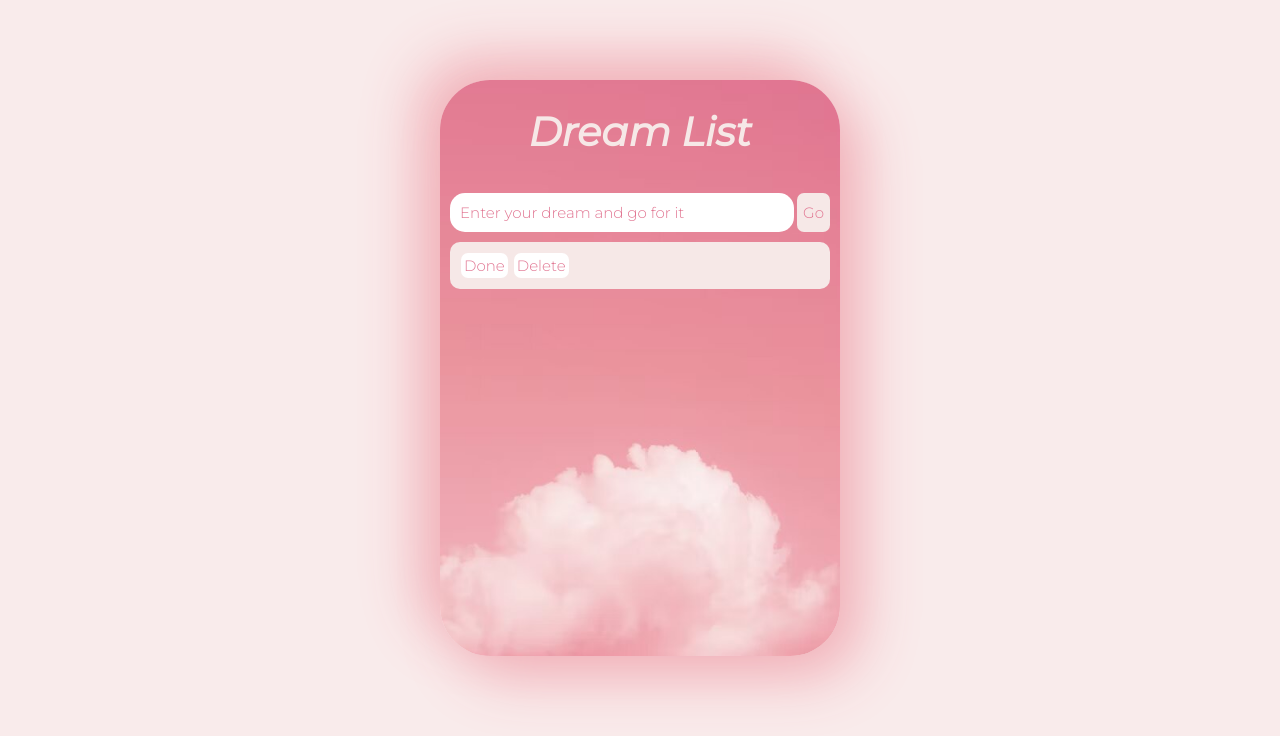
Repository: asya-aisa/grocery-list
Page: /, after clicking the first element matching `button.btn-add`
An editor plug-in stored every save of this project. The page is shown before and after the next save, followed by the edit.
The browser window is 1280 px wide. The pictures show the whole page.
The project was rebuilt for these pictures with package versions that can differ from the ones it lists, and the page was loaded fresh each time.

Above is the page before, as saved 2023-07-17 11:53:07.

### public/index.html
<!DOCTYPE html>
<html lang="en">
  <head>
    <meta charset="utf-8" />
    <link rel="icon" href="%PUBLIC_URL%/favicon.ico" />
    <meta name="viewport" content="width=device-width, initial-scale=1" />
    <meta name="theme-color" content="#000000" />
    <meta
      name="description"
      content="Web site created using create-react-app"
    />
    <link rel="apple-touch-icon" href="%PUBLIC_URL%/logo192.png" />
    <!--
      manifest.json provides metadata used when your web app is installed on a
      user's mobile device or desktop. See https://developers.google.com/web/fundamentals/web-app-manifest/
    -->
    <link rel="manifest" href="%PUBLIC_URL%/manifest.json" />
    <link rel="preconnect" href="https://fonts.googleapis.com">
    <link rel="preconnect" href="https://fonts.gstatic.com" crossorigin>
    <link href="https://fonts.googleapis.com/css2?family=Montserrat:ital,wght@0,300;1,400&display=swap" rel="stylesheet">
    <!--
      Notice the use of %PUBLIC_URL% in the tags above.
      It will be replaced with the URL of the `public` folder during the build.
      Only files inside the `public` folder can be referenced from the HTML.

      Unlike "/favicon.ico" or "favicon.ico", "%PUBLIC_URL%/favicon.ico" will
      work correctly both with client-side routing and a non-root public URL.
      Learn how to configure a non-root public URL by running `npm run build`.
    -->
    <title>React App</title>
  </head>
  <body>
    <noscript>You need to enable JavaScript to run this app.</noscript>
    <div id="root"></div>
    <!--
      This HTML file is a template.
      If you open it directly in the browser, you will see an empty page.

      You can add webfonts, meta tags, or analytics to this file.
      The build step will place the bundled scripts into the <body> tag.

      To begin the development, run `npm start` or `yarn start`.
      To create a production bundle, use `npm run build` or `yarn build`.
    -->
  </body>
</html>

### src/App.js

import './App.css';
import { DreamList } from './DreamList';

function App() {
  return (
    <div className="App">
      <div className='container'>
        <h1>Dream List</h1>
      </div>
      <DreamList />
    </div>
  );
}

export default App;

### src/App.css
.App {
  background-image: url(fon-img.jpg);
  background-position: center;
  background-size: cover;
  background-repeat: no-repeat;
  width: 400px;
  min-height: 80vh;
  margin: 80px auto;
  border-radius: 50px;
  box-shadow:  20px 20px 60px #f1b0b8,
             -20px -20px 60px #f1b0b8;
}
body {
  background-color: #f9ebeb;
}
.container {
  display: flex;
  justify-content: center;
}
h1 {
  color:#f6e8e7;
  font-size: 40px;
  font-family: 'Montserrat', sans-serif;
  font-style: italic;
}

input {
  flex: 1;
  padding: 10px;
  font-size: 15px;
  border: none;
  border-radius: 15px;
  outline: none;
  color: #e17692;
  font-family: 'Montserrat', sans-serif;
}
::placeholder {
  color: #e17692;
  font-family: 'Montserrat', sans-serif;
}

.container-input {
  display: flex;
  justify-content: center;
  margin: 10px;
}

.btn-add {
  border: none;
  font-size: 15px;
  border-radius: 7px;
  background-color: #f6e8e7;
  color: #e17692;
  margin-left: 3px;
  font-family: 'Montserrat', sans-serif;
}

ul {
  margin: 0px;
  padding: 0px;
}

.item {
  list-style: none;
  margin: 10px;
  padding: 8px;
  font-size: 20px;
  background-color: #f6e8e7;
  color: #e17692;
  border-radius: 10px;
  display: flex;
  justify-content: space-between;
}
.btn {
  margin: 3px;
  border: none;
  font-size: 15px;
  border-radius: 7px;
  background-color: white;
  color: #e17692;
  font-family: 'Montserrat', sans-serif;
  padding: 3px;
}

### src/DreamList.js
import { Component } from "react";

export class DreamList extends Component {

    state = {
        inputDream: '',
        dreamList: []
    }

    upDateInput(e) {
        this.setState({
            inputDream: e
        })
    }
    AddDream(input) {
        let dreamArray = this.state.dreamList;
        dreamArray.push(input);
        this.setState({dreamList: dreamArray, inputDream: ''})
    }

    DeleteItem(number) {
        let dreamArray = this.state.dreamList;
        dreamArray.splice(number,1);
        this.setState({dreamList: dreamArray})
    }





    render() {
        return <div>
            <div className="container-input">
              <input type="text" placeholder="Enter your dream and go for it"
              onChange={(e) => {this.upDateInput(e.target.value)}}
              value={this.state.inputDream}/>

              <button className="btn-add" onClick={() => this.AddDream(this.state.inputDream)}>Go</button>
            </div>


            <ul>
                {this.state.dreamList.map((item, index) => (
                    <li className="item" key={index}>
                        {item}
                        <div className="btn-div">
                          <button className="btn">Done</button>
                          <button className="btn" onClick={() => this.DeleteItem(index)}>Delete</button>
                        </div>

                    </li>
                ))}
            </ul>
        </div>
    }
}

Loaded but not shown: src/index.js (common file); src/reportWebVitals.js (common file)

After the next save:
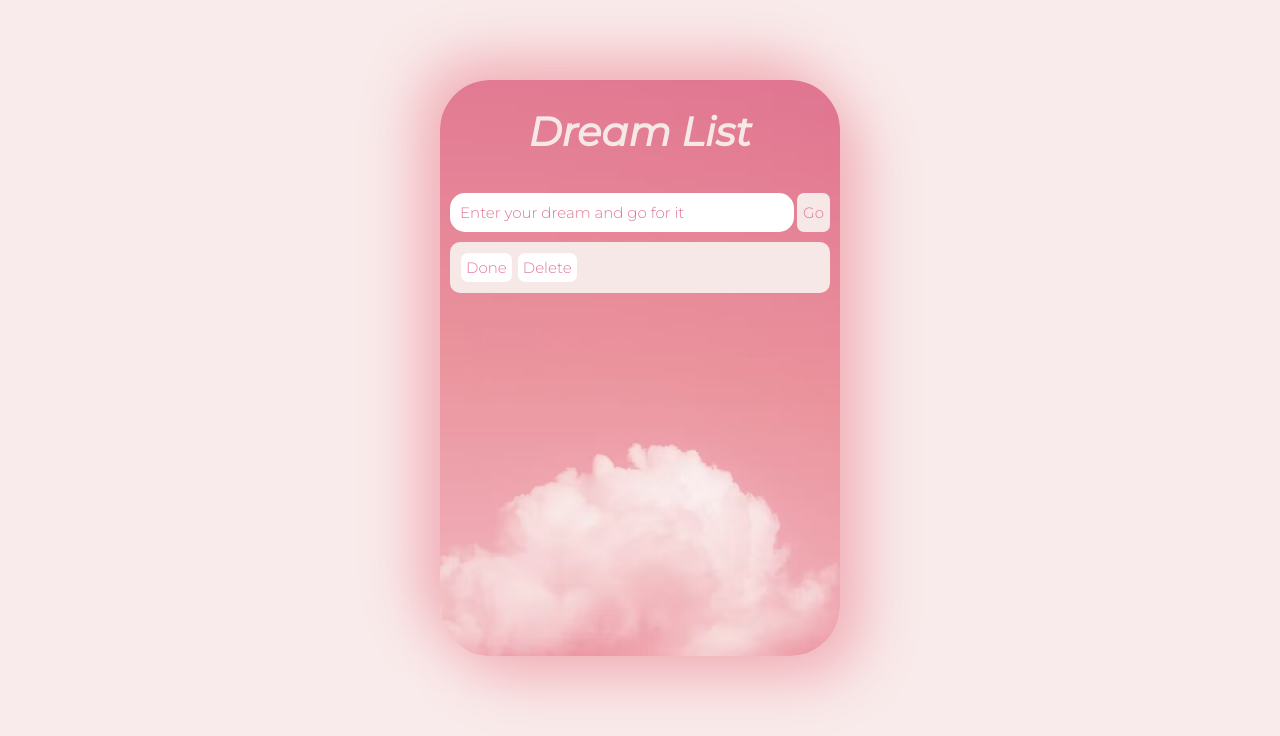
Saved 10 s later.
--- a/src/App.css
+++ b/src/App.css
@@ -79,5 +79,5 @@ ul {
   background-color: white;
   color: #e17692;
   font-family: 'Montserrat', sans-serif;
-  padding: 3px;
+  padding: 5px;
 }
